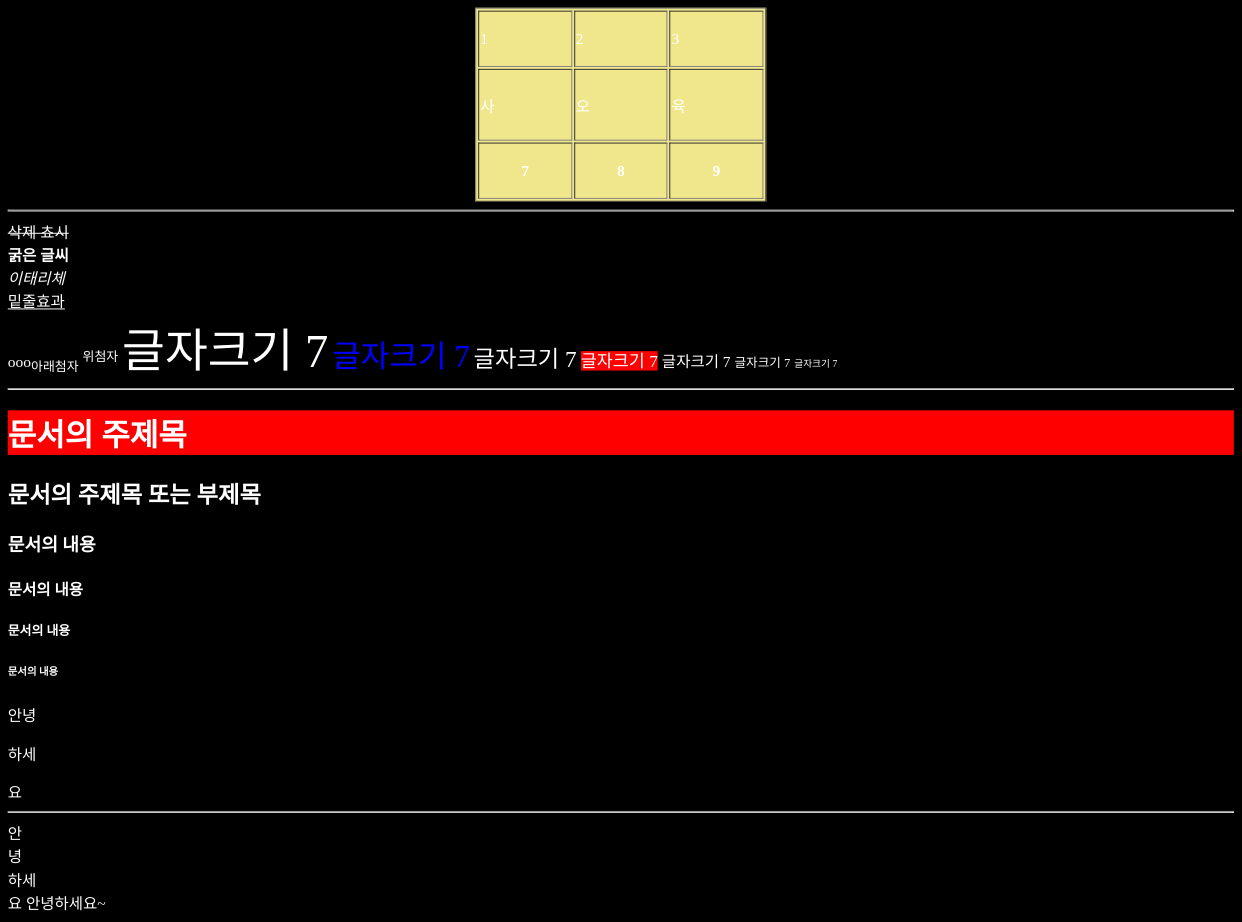
Repository: sjh86/html-day01
Page: html/day01.html
An editor plug-in stored every save of this project. The page is shown before and after the next save, followed by the edit.
The browser window is 1280 px wide. The pictures show the whole page, at 97% of full size.

Above is the page before, as saved 2021-10-04 05:25:01.

### html/day01.html
<!DOCTYPE html>
<html>
<head>
<meta charset="EUC-KR">
<title>Insert title here</title>
</head>
<body text="white" bgcolor="black">

<table border="1" align="center" height="200" width="300" bgcolor="khaki">
	<tr>
		<td>1</td><td>2</td><td>3</td>
	</tr>
	<tr>
		<td>사</td><td>오</td><td>육</td>
	</tr>
	<tr>
		<th>7</th><th>8</th><th>9</th>
	</tr>
</table>

<hr>





<strike>삭제 쵸시</strike> <br>
<b>굵은 글씨</b> <br>
<i>이태리체</i> <br>
<u>밑줄효과</u> <br>
ooo<sub>아래첨자</sub> <sup>위첨자</sup>


<font size = "7">글자크기 7</font>
<font size = "6" face="궁서체" color = "blue">글자크기 7</font>
<font size = "5">글자크기 7</font>
<font size = "4" style="background-color: red;">글자크기 7</font>
<font size = "3">글자크기 7</font>
<font size = "2">글자크기 7</font>
<font size = "1">글자크기 7</font>

<hr>

<h1 style="background-color: red;">문서의 주제목</h1>
<h2>문서의 주제목 또는 부제목</h2>
<h3>문서의 내용</h3>
<h4>문서의 내용</h4>
<h5>문서의 내용</h5>
<h6>문서의 내용</h6>
안녕
<p>하세</p>
요
<hr>
안<br>녕<br>
하세<br>
요
<!--

주석
 -->
	안녕하세요~
</body>
</html>

After the next save:
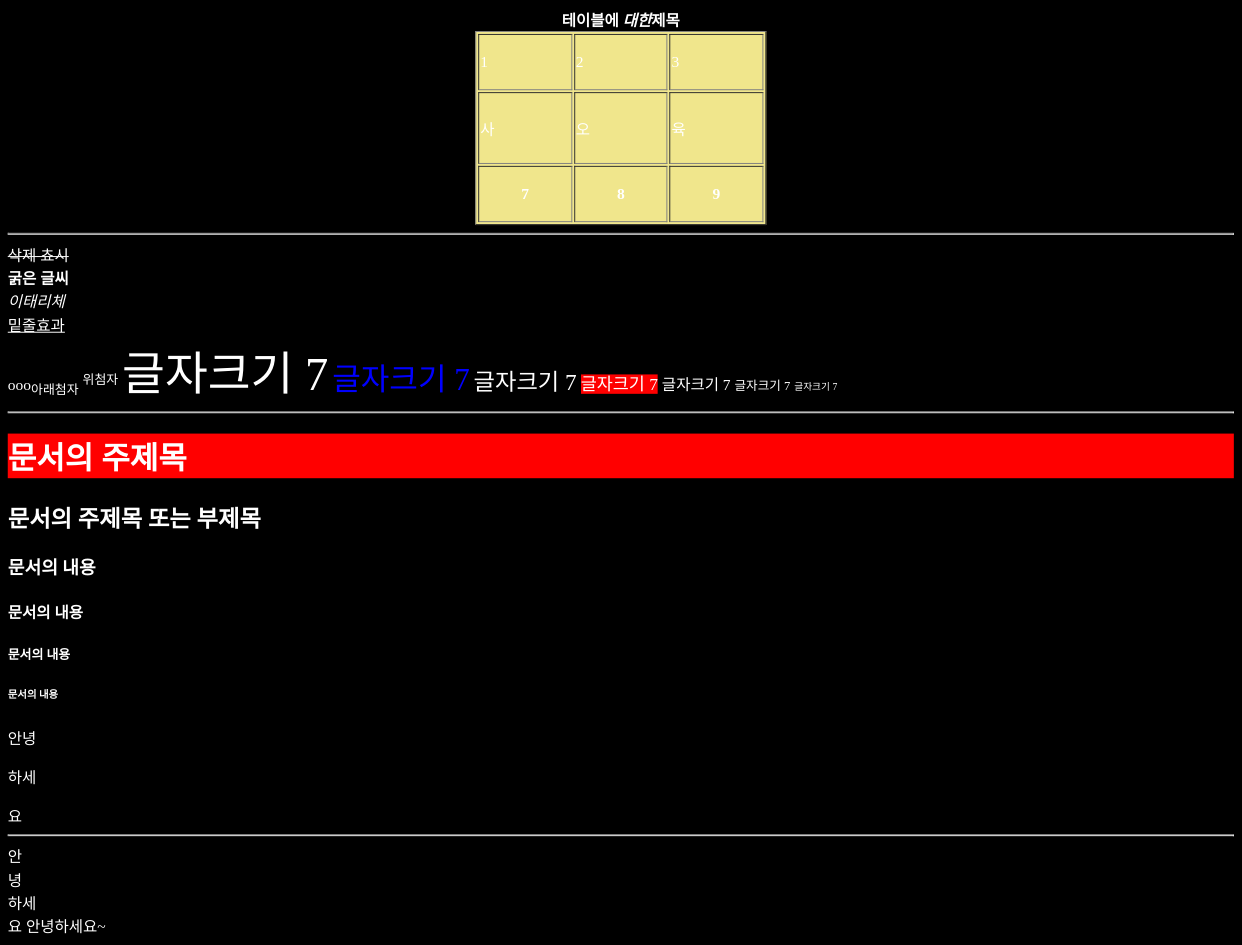
Saved 84 s later.
--- a/html/day01.html
+++ b/html/day01.html
@@ -7,6 +7,12 @@
 <body text="white" bgcolor="black">
 
 <table border="1" align="center" height="200" width="300" bgcolor="khaki">
+	<caption> <b>테이블에 <i>대한</i>제목</b></caption>
+
+
+
+
+
 	<tr>
 		<td>1</td><td>2</td><td>3</td>
 	</tr>
